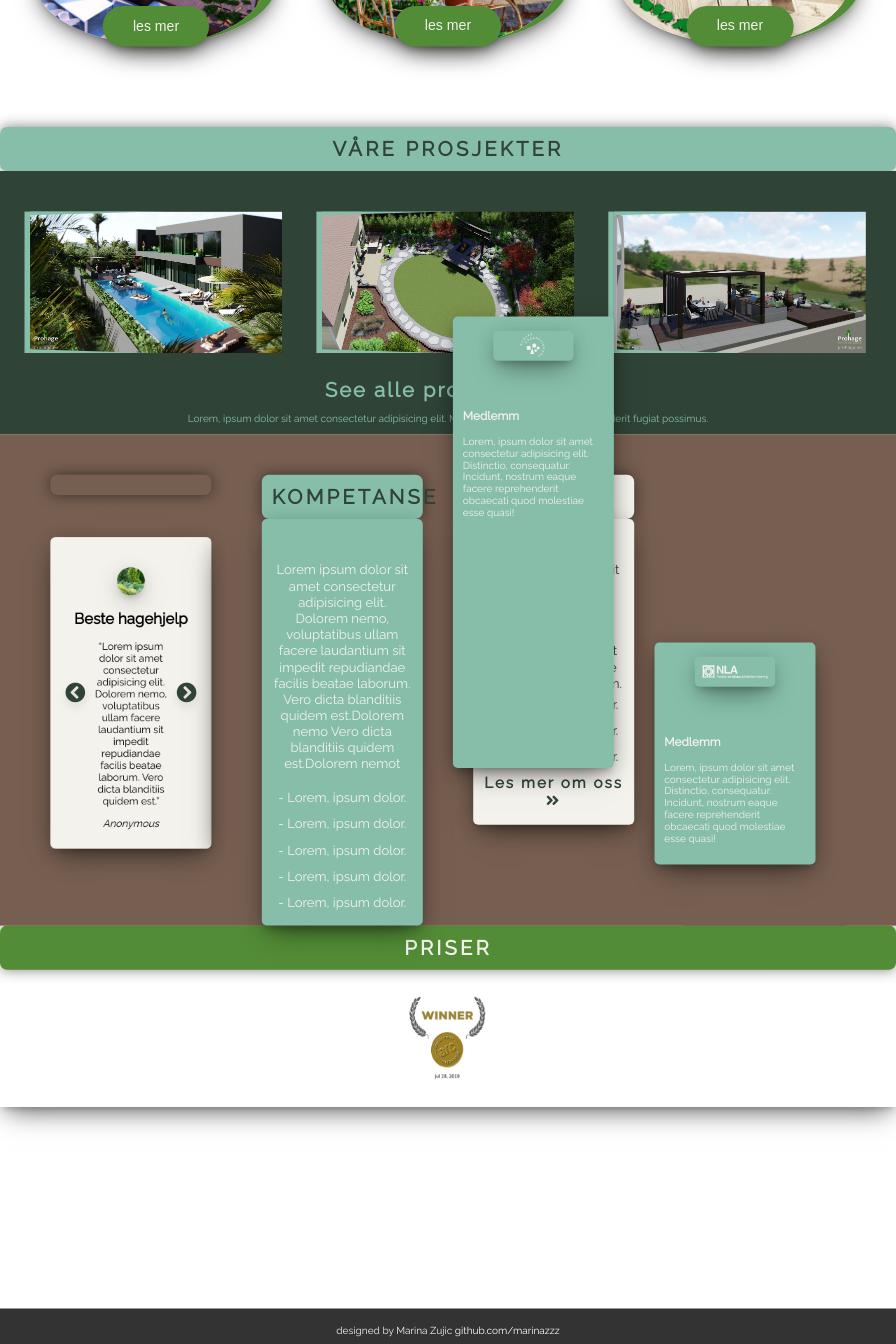
Repository: marinazzz/garden-design-website
Page: index.html
These files come from the project's save history. The page is drawn as it stood at one moment and after the next save; the edit follows.
The browser window is 1280 px wide. The pictures show the part of the page from y = 1405 to 3325 px (the page is 3335 px tall), at 70% of full size.

Above is the page before, as saved 2020-04-10 11:56:39.
Console error: TypeError: Cannot read properties of undefined (reading 'children')

After the next save:
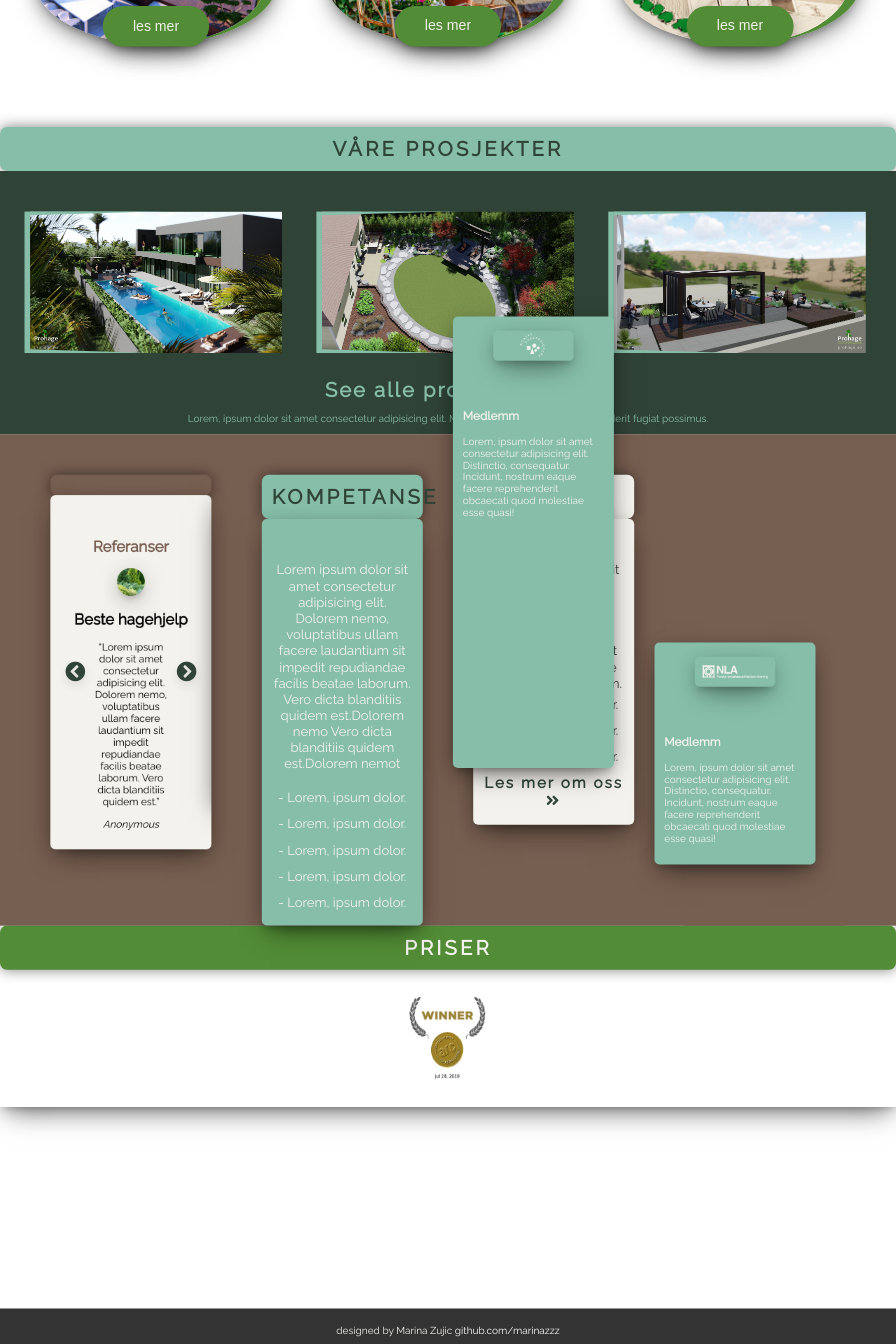
Saved 107 s later.
--- a/index.html
+++ b/index.html
@@ -221,12 +221,12 @@
               <section id="section__reviews" class="review__wrapp">
                 <div class="section__review__top sections__title"></div>
                 <div class="glide__wrapp">
-                  <h1 class="section__review__title">Referanser</h1>
-                    <div class="glide">
-                        <div class="glide__track" data-glide-el="track">
-                          <ul class="glide__slides">
-                            <li class="glide__slide glide__slide--active">
-                                <div class="review__items">
+                  <div class="glide">
+                    <div class="glide__track" data-glide-el="track">
+                      <ul class="glide__slides">
+                        <li class="glide__slide glide__slide--active">
+                          <div class="review__items">
+                            <h1 class="section__review__title">Referanser</h1>
                                     <img class="review__photo"
                                      src="images/review-picture1.jpg" alt="Hagedesign terrase" />
                                     <h2 class="review__title">Beste hagehjelp</h2>
